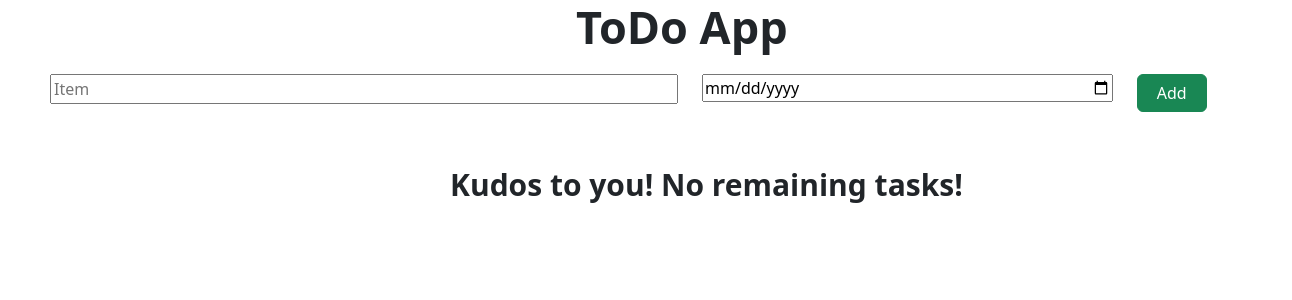
Repository: aditya-jha-kumar/To-Do-List-ReactApp
Page: /
An editor plug-in stored every save of this project. The page is shown before and after the next save, followed by the edit.
The browser window is 1280 px wide. The page is 1292 px wide, so the pictures cover 1292 px, including what lies to the right of the window. The pictures show the whole page.
The project was rebuilt for these pictures with package versions that can differ from the ones it lists, and the page was loaded fresh each time. Also part of the build but not shown: vite.config.js, src/components/ToDoItem.jsx.

Above is the page before, as saved 2023-12-10 03:08:04.

### src/App.jsx
import AppName from "./components/AppName";
import AddToDo from "./components/AddToDo";
import WelcomeMessage from "./components/WelcomeMessage";
import TodoItems from "./components/TodoItems";
import "./App.css";
import { useState } from "react";
function App() {
  const [todoItems, setTodoItems] = useState([]);
  const handleNewItem = (itemName, itemDueDate) => {
    console.log(`New Item Added : ${itemName}, Date : ${itemDueDate}`);
    const newTodoItems = [
      ...todoItems,
      { name: itemName, dueDate: itemDueDate },
    ];
    setTodoItems(newTodoItems);
  };
  const handleDeleteItem = (todoItemName) => {
    console.log(`Item Deleted ${todoItemName}`);
  };
  return (
    <div>
      <AppName></AppName>
      <AddToDo onNewItem={handleNewItem}></AddToDo>
      {todoItems.length === 0 && <WelcomeMessage></WelcomeMessage>}
      <TodoItems
        todoItems={todoItems}
        onDeleteClick={handleDeleteItem}
      ></TodoItems>
    </div>
  );
}
export default App;

### src/components/AppName.jsx
import styles from "./AppName.module.css";
function AppName() {
  return <h1 className={styles.todoHeading}> ToDo App</h1>;
}
export default AppName;

### src/components/AddToDo.jsx
import { useState } from "react";
import styles from "./AddToDo.module.css";
function AddToDo({ onNewItem }) {
  const [todoName, setTodoName] = useState();
  const [dueDate, setDueDate] = useState();
  const handleNameChange = (event) => {
    setTodoName(event.target.value);
  };
  const handleDateChange = (event) => {
    setDueDate(event.target.value);
  };
  const handleAddButtonClicked = () => {
    onNewItem(todoName, dueDate);
    setDueDate("");
    setTodoName("");
  };
  return (
    <div>
      <div className={"row kg-row"}>
        <div className="col-6">
          <input
            type="text"
            placeholder="Item"
            onChange={handleNameChange}
            className={styles.index}
            value={todoName}
          />
        </div>
        <div className="col-4">
          <input
            type="date"
            onChange={handleDateChange}
            className={styles.index}
            value={dueDate}
          />
        </div>
        <div className="col-2">
          <button
            type="button"
            className={`${styles.index} btn btn-success Kg-button`}
            onClick={handleAddButtonClicked}
          >
            Add
          </button>
        </div>
      </div>
    </div>
  );
}
export default AddToDo;

### src/components/WelcomeMessage.jsx
import styles from "./WelcomeMessage.module.css";
const WelcomeMessage = () => {
  return <p className={styles.welcome}>Kudos to you! No remaining tasks!</p>;
};
export default WelcomeMessage;

### src/components/TodoItems.jsx
import ToDoItem from "./ToDoItem";
const TodoItems = ({ todoItems, onDeleteClick }) => {
  return (
    <div className="items-container">
      {todoItems.map((item) => (
        <ToDoItem
          key="item"
          todoDate={item.dueDate}
          todoName={item.name}
          onDeleteClick={onDeleteClick}
        ></ToDoItem>
      ))}
    </div>
  );
};
export default TodoItems;

### src/App.css

input {
  width: 100%;
}
#content {
  margin-left: 10%;
}
.Kg-button {
  min-width: 70px;
}
.kg-row {
  margin: 10px 5px;
}

### src/components/AppName.module.css
.todoHeading {
  font-weight: 900;
  margin-left: 45%;
  font-size: 45px;
  margin-bottom: 20px;
}

### src/components/AddToDo.module.css
.index {
  margin-left: 50px;
}

### src/components/WelcomeMessage.module.css
.welcome {
  font-size: 30px;
  margin-top: 50px;
  font-weight: 600;
  margin-left: 450px;
}

Loaded but not shown: index.html (common file); src/main.jsx (common file)

After the next save:
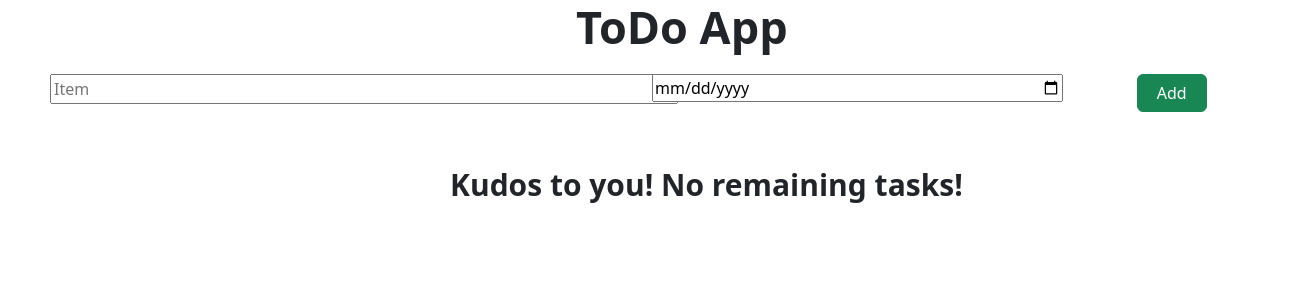
Saved 2 min 21 s later.
--- a/src/components/AddToDo.jsx
+++ b/src/components/AddToDo.jsx
@@ -30,7 +30,7 @@
           <input
             type="date"
             onChange={handleDateChange}
-            className={styles.index}
+
             value={dueDate}
           />
         </div>

After the save that followed:
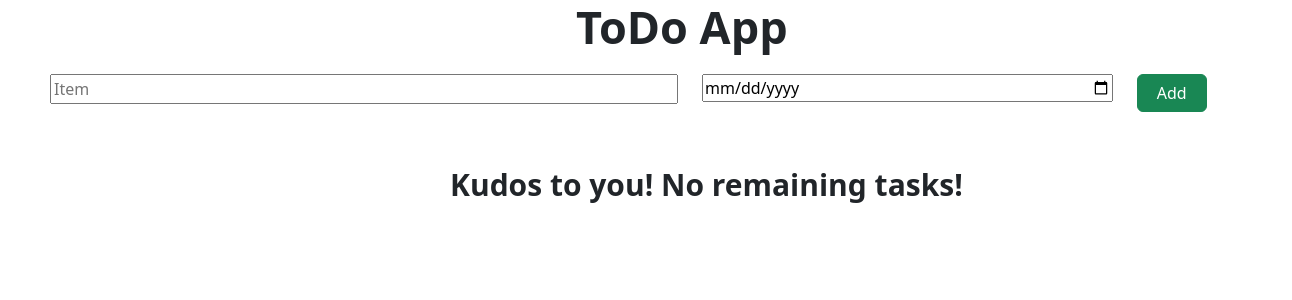
Saved 8 s later.
--- a/src/components/AddToDo.jsx
+++ b/src/components/AddToDo.jsx
@@ -30,7 +30,7 @@
           <input
             type="date"
             onChange={handleDateChange}
-
+            className={styles.index}
             value={dueDate}
           />
         </div>
